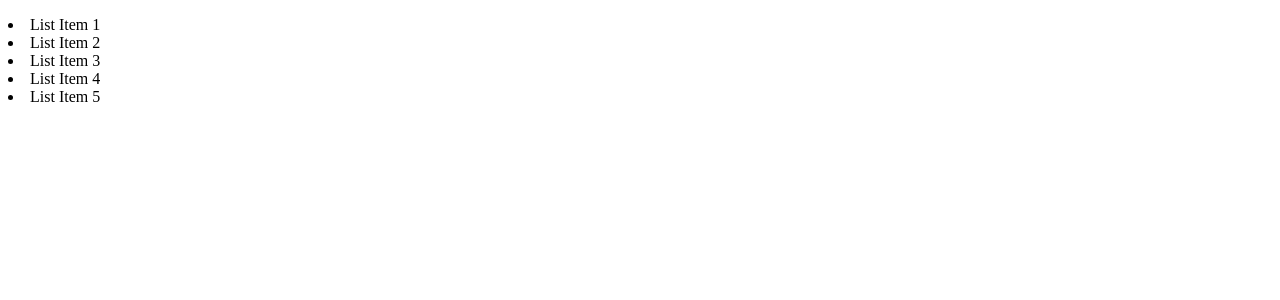
Repository: PankajSutharPersistent/vm-backup
Page: workspaceJavaScript/JSDemo/step-24.html
An editor plug-in stored every save of this project. The page is shown before and after the next save, followed by the edit.
The browser window is 1280 px wide. The pictures show the whole page.

Above is the page before, as saved 2016-12-30 07:02:01.

### workspaceJavaScript/JSDemo/step-24.html
<!doctype html>
<html lang="en">
<head>
	<meta charset="UTF-8" />
	<title>Document</title>
	<script type="text/javascript" charset="utf-8">
		window.onload=function(){



		};
	</script>
</head>
<body>
	<ul id="list"></ul>
	<li class="item1">List Item 1</li>
	<li class="item1">List Item 2</li>
	<li class="item1">List Item 3</li>
	<li class="item1">List Item 4</li>
	<li class="item1">List Item 5</li>
</body>
</html>

After the next save:
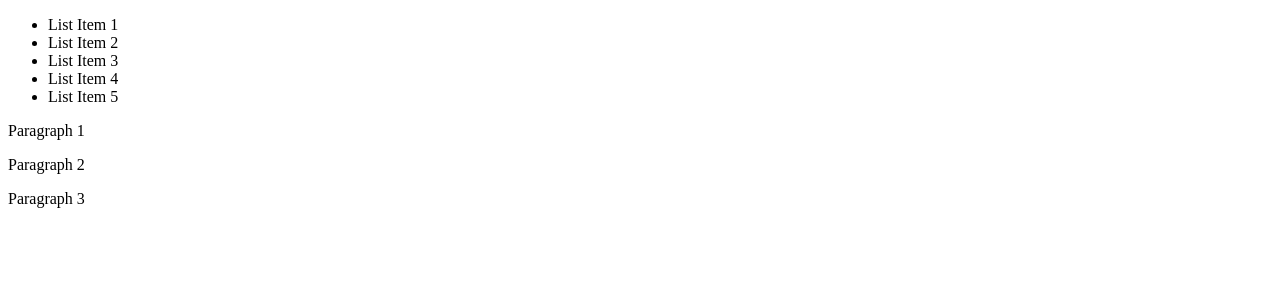
Saved 31 s later.
--- a/workspaceJavaScript/JSDemo/step-24.html
+++ b/workspaceJavaScript/JSDemo/step-24.html
@@ -12,11 +12,15 @@
 	</script>
 </head>
 <body>
-	<ul id="list"></ul>
+	<ul id="list">
 	<li class="item1">List Item 1</li>
 	<li class="item1">List Item 2</li>
 	<li class="item1">List Item 3</li>
 	<li class="item1">List Item 4</li>
 	<li class="item1">List Item 5</li>
+	</ul>
+	<p>Paragraph 1</p>
+	<p>Paragraph 2</p>
+	<p>Paragraph 3</p>
 </body>
 </html>
